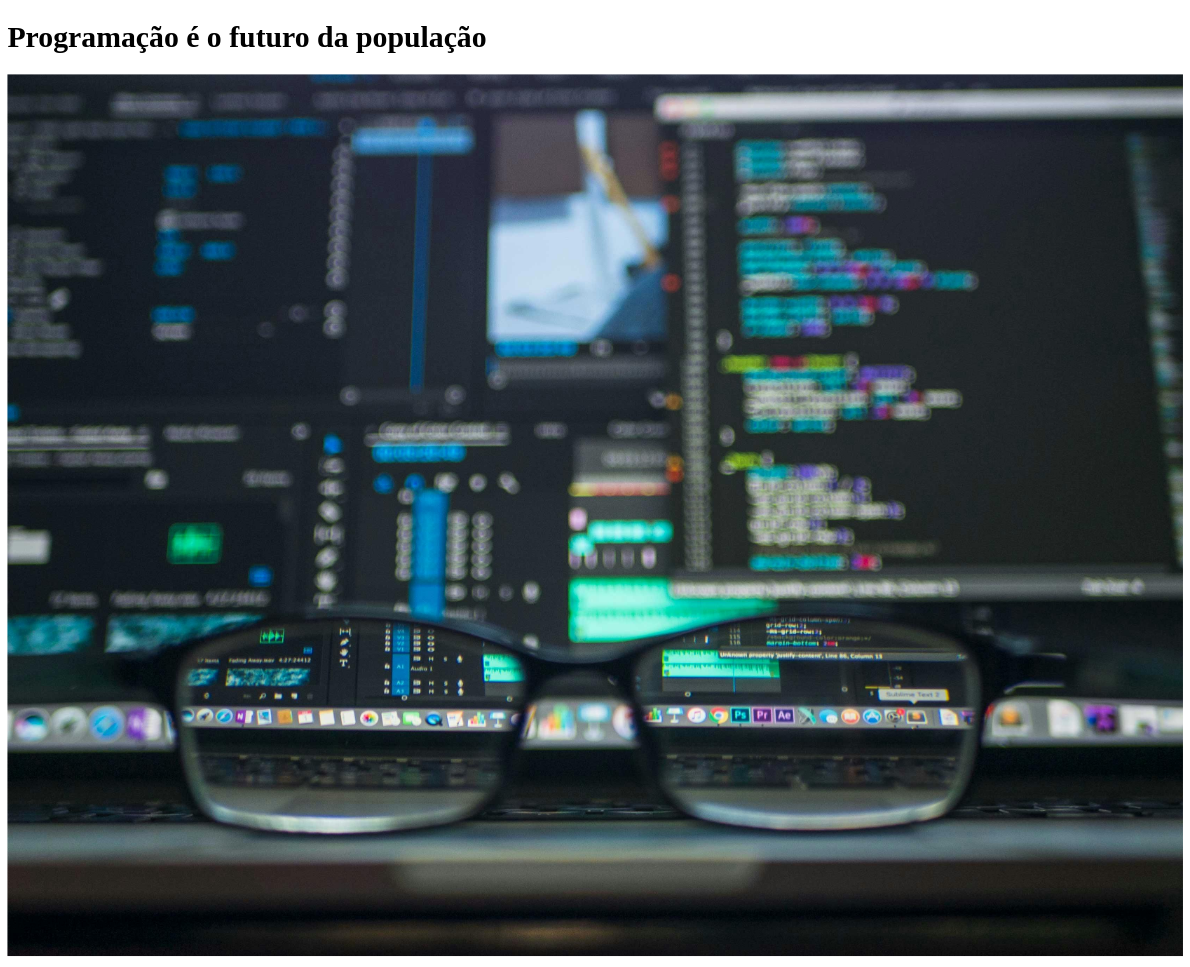
Repository: Caiquedev123/Sites
Page: index.html
The author's editor kept a copy of each file at every save. The page is drawn from the files as they stood at one save, then again after a run of saves.
The browser window is 1280 px wide. The pictures show the whole page, at 93% of full size.

Above is the page before, as saved 2024-07-22 14:05:51.

### index.html
<!DOCTYPE html>
<html lang="en">
<head>
    <meta charset="UTF-8">
    <meta name="viewport" content="width=device-width, initial-scale=1.0">
    <title>Projeto</title>
    <link rel="stylesheet" href="style.css">
</head>
<body>
    <div class="container">
        <h1>Programação é o futuro da população</h1>
        <p></p>
    </div>
    <section class="imagens">
        <img src="./imagem/Progrmação.jpg" alt="programação">
    </section>
</body>
</html>

### style.css
body{background-color: rgb(255, 255, 255);}

img{
    width: 100%;
    object-fit: cover;
}

After the next 2 saves:
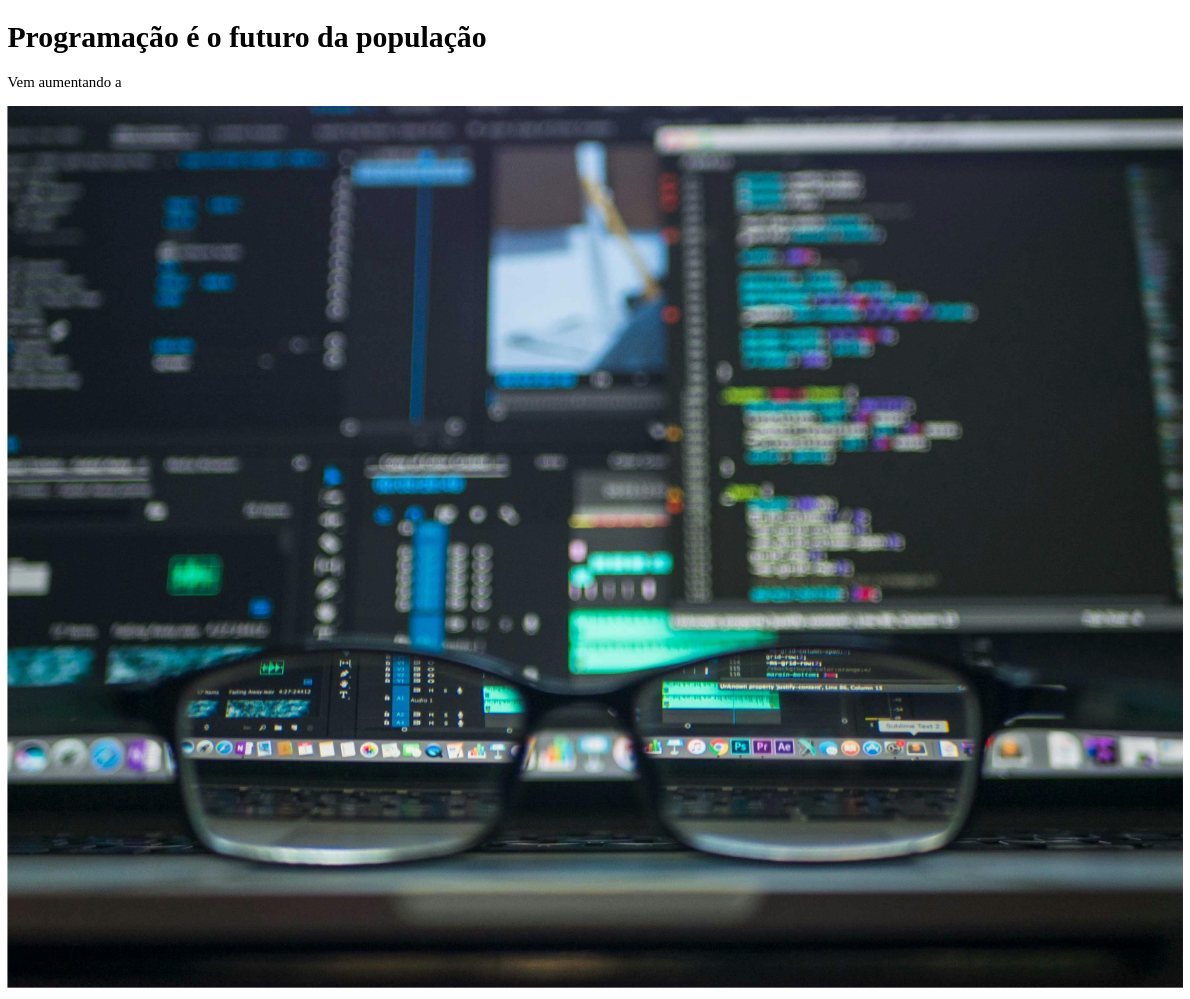
The 2 saves are shown as one change because they came seconds apart.
The last was saved 15 s later.
--- a/index.html
+++ b/index.html
@@ -9,7 +9,7 @@
 <body>
     <div class="container">
         <h1>Programação é o futuro da população</h1>
-        <p></p>
+        <p>Vem aumentando a</p>
     </div>
     <section class="imagens">
         <img src="./imagem/Progrmação.jpg" alt="programação">
